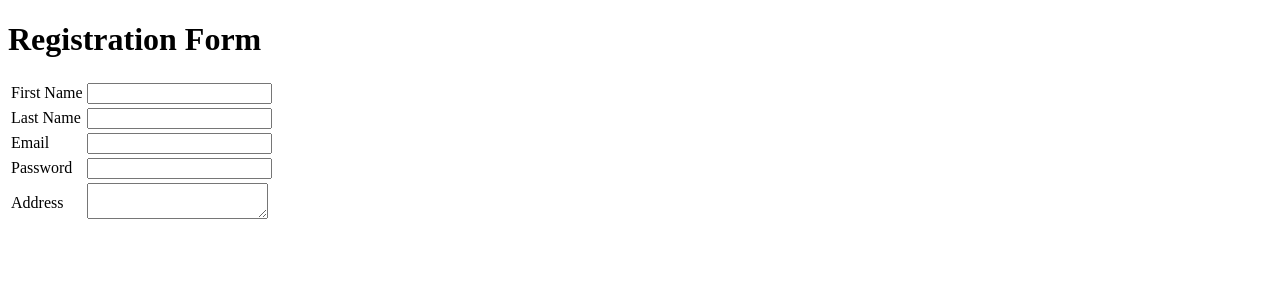
Repository: Laxman877/MyWorkspace
Page: Corejava/Learning_Web/src/main/webapp/division.html
An editor plug-in stored every save of this project. The page is shown before and after the next save, followed by the edit.
The browser window is 1280 px wide. The pictures show the whole page.

Above is the page before, as saved 2022-04-27 05:03:23.

After the next save:
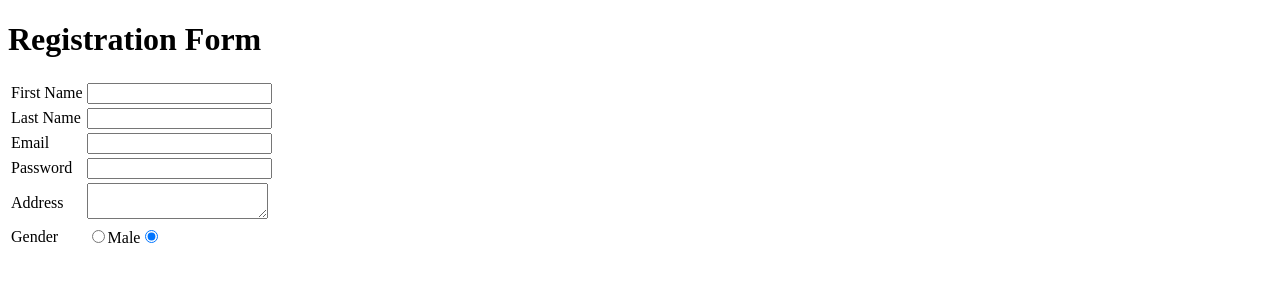
Saved 3 min 3 s later.
--- a/Corejava/Learning_Web/src/main/webapp/division.html
+++ b/Corejava/Learning_Web/src/main/webapp/division.html
@@ -32,7 +32,11 @@
 </tr>
 <tr>
 <td><label>Address</label></td>
-<td><textarea rows="2" cols="20" name="adr" class="textfield"></textarea>
+<td><textarea rows="2" cols="20" name="adr" class="textfield"></textarea></td>
+</tr>
+<tr>
+<td><label>Gender</label></td>
+<td><input type="radio" name="gender" checked="checked">Male<input type="radio" name="gender" checked="checked">
 </table>
 </form>
 </body>
